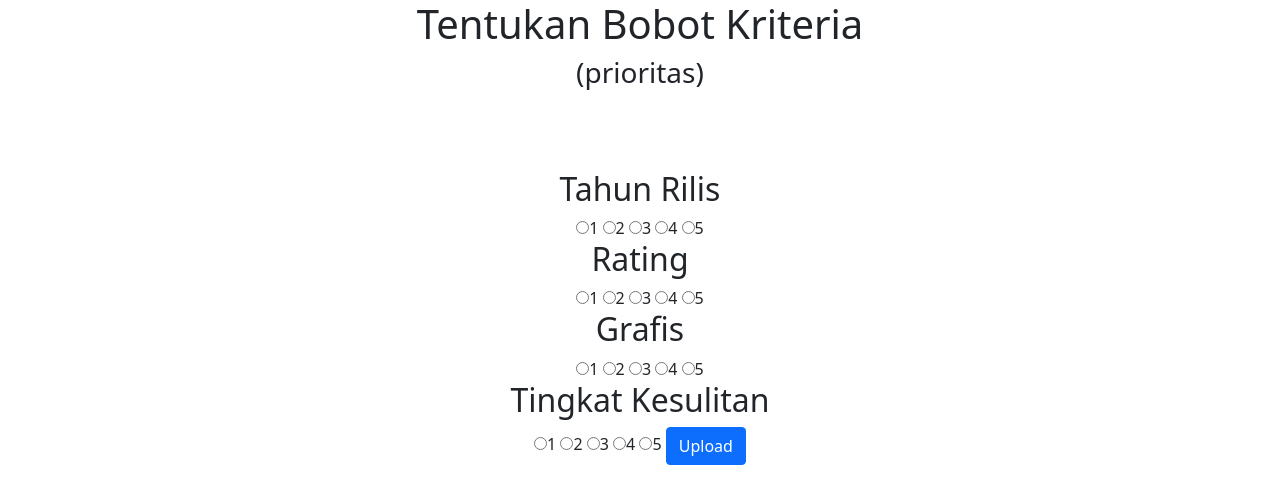
Repository: aqordeon/SPKWP
Page: http://localhost/hitungKriteria.php
The author's editor kept a copy of each file at every save. The page is drawn from the files as they stood at one save, then again after the next save.
The browser window is 1280 px wide. The pictures show the whole page.
The page is run by PHP 8.4 with error messages shown; the project is at /var/www/html/. Queries for data that is not in the repository find no rows.

Above is the page before, as saved 2021-01-04 02:01:25.

After the next save:
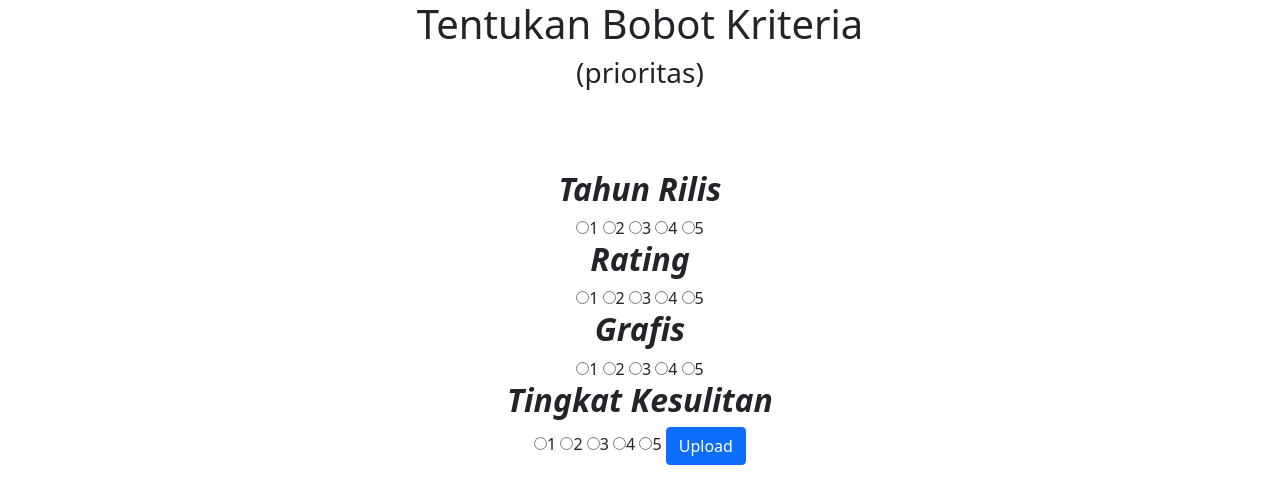
Saved 16 s later.
--- a/hitungKriteria.php
+++ b/hitungKriteria.php
@@ -8,7 +8,13 @@
     <meta name="viewport" content="width=device-width, initial-scale=1.0">
     <title>Document</title>
     <link href="https://cdn.jsdelivr.net/npm/bootstrap@5.0.0-beta1/dist/css/bootstrap.min.css" rel="stylesheet" integrity="sha384-giJF6kkoqNQ00vy+HMDP7azOuL0xtbfIcaT9wjKHr8RbDVddVHyTfAAsrekwKmP1" crossorigin="anonymous">
+    <style>
 
+        table{width:300px; text-align:center; margin:auto;}
+        table th { background-color: #95a5a6; }
+        h2 {text-align:center; font-style:italic; font-weight:bold;}
+
+    </style>
 </head>
 <body>
     <div class="container">

After the save that followed:
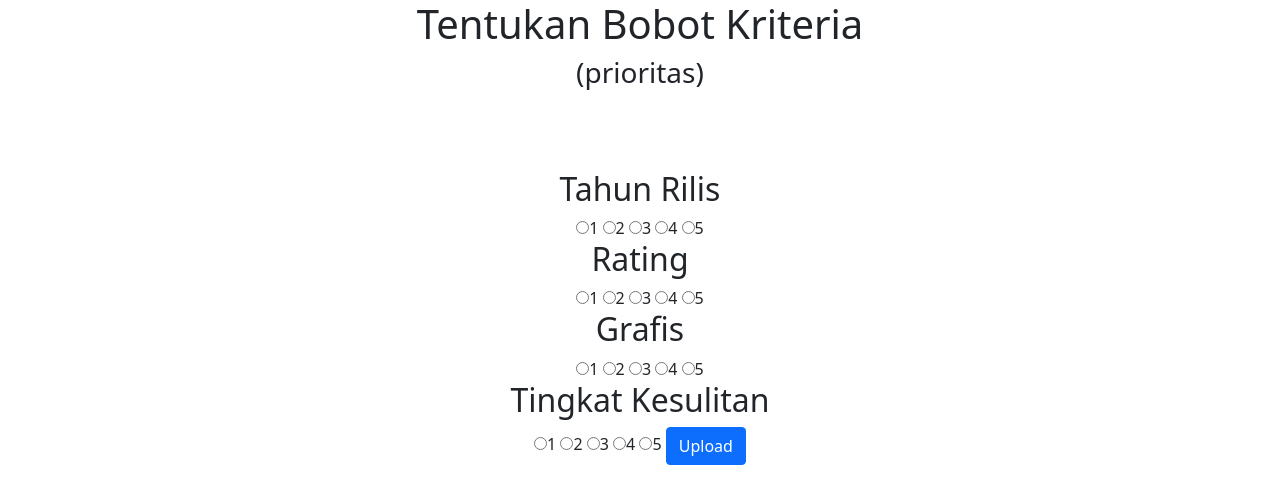
Saved 12 s later.
--- a/hitungKriteria.php
+++ b/hitungKriteria.php
@@ -8,13 +8,7 @@
     <meta name="viewport" content="width=device-width, initial-scale=1.0">
     <title>Document</title>
     <link href="https://cdn.jsdelivr.net/npm/bootstrap@5.0.0-beta1/dist/css/bootstrap.min.css" rel="stylesheet" integrity="sha384-giJF6kkoqNQ00vy+HMDP7azOuL0xtbfIcaT9wjKHr8RbDVddVHyTfAAsrekwKmP1" crossorigin="anonymous">
-    <style>
 
-        table{width:300px; text-align:center; margin:auto;}
-        table th { background-color: #95a5a6; }
-        h2 {text-align:center; font-style:italic; font-weight:bold;}
-
-    </style>
 </head>
 <body>
     <div class="container">
